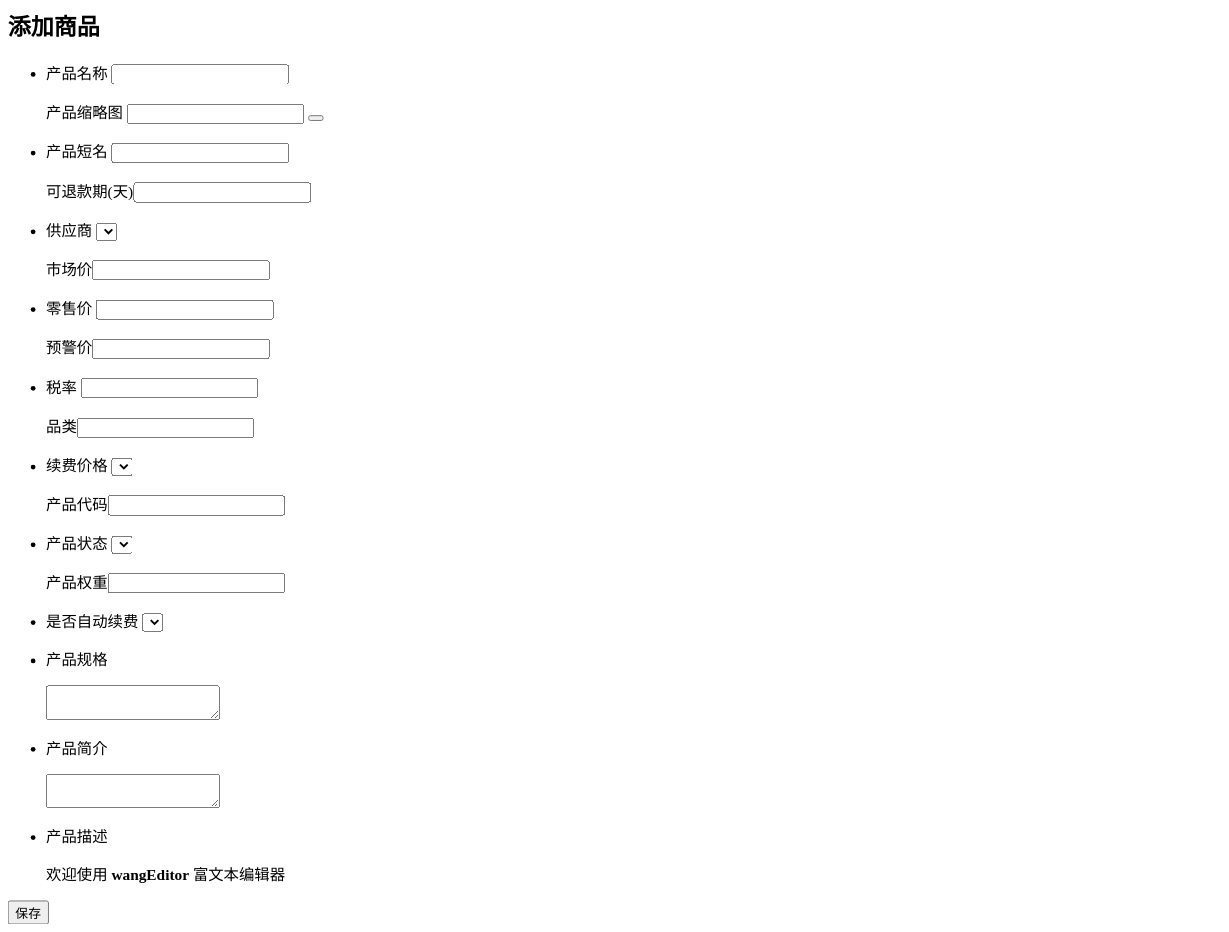
Repository: wangyan466393/racentSystem
Page: addProduct.html
These files come from the project's save history. The page is drawn as it stood at one moment and after the next save; the edit follows.
The browser window is 1280 px wide. The pictures show the whole page, at 96% of full size.

Above is the page before, as saved 2020-08-19 11:43:03.

### addProduct.html
<div id="content_box">
    <h2>添加商品</h2>
    <div class="config_box">
        <div class="price_content">
            <ul>
                <li>
                    <p>
                        <span>产品名称</span>
                        <input type="text" class="config_inp">
                    </p>
                    <p class="thumb_box">
                        <span>产品缩略图</span>
                        <label class="input_group">
                            <input type="text" class="form-control">
                            <span class="input-group-btn">
                                <button type="button" class="btn"></button>
                            </span>
                        </label>

                    </p>
                </li>
                <li>
                    <p>
                        <span>产品短名</span>
                        <input type="text" class="config_inp">
                    </p>
                    <p>
                        <span>可退款期(天)</span><input type="number" class="config_inp">
                    </p>
                </li>
                <li>
                    <p>
                        <span>供应商</span>
                        <select name="" id="" class="config_inp">
                            <option value=""></option>
                        </select>
                    </p>
                    <p>
                        <span>市场价</span><input type="number" class="config_inp">
                    </p>
                </li>
                <li>
                    <p>
                        <span>零售价</span>
                        <input type="number" class="config_inp">
                    </p>
                    <p>
                        <span>预警价</span><input type="number" class="config_inp">
                    </p>
                </li>
                <li>
                    <p>
                        <span>税率</span>
                        <input type="number" class="config_inp">
                    </p>
                    <p>
                        <span>品类</span><input type="text" class="config_inp">
                    </p>
                </li>
                <li>
                    <p>
                        <span>续费价格</span>
                        <select name="" id="" class="sel">
                            <option value=""></option>
                        </select>
                    </p>
                    <p>
                        <span>产品代码</span><input type="text" class="config_inp">
                    </p>
                </li>
                <li>
                    <p>
                        <span>产品状态</span>
                        <select name="" id="" class="sel">
                            <option value=""></option>
                        </select>
                    </p>
                    <p>
                        <span>产品权重</span><input type="text" class="config_inp">
                    </p>
                </li>
                <li>
                    <p>
                        <span>是否自动续费</span>
                        <select name="" id="" class="sel">
                            <option value=""></option>
                        </select>
                    </p>
                </li>

                <li>
                    <p> <span>产品规格</span></p>
                    <textarea class="e_content description"></textarea>
                </li>
                <li>
                    <p> <span>产品简介</span></p>
                    <textarea class="e_content description"></textarea>

                </li>
                <li>
                    <p> <span>产品描述</span></p>
                    <div id="editor" style="width: 100%;">
                        <p>欢迎使用 <b>wangEditor</b> 富文本编辑器</p>
                    </div>

                </li>
            </ul>
        </div>
    </div>
</div>
<div class="email_back_btn">
    <button type="button">保存</button>
</div>

After the next save:
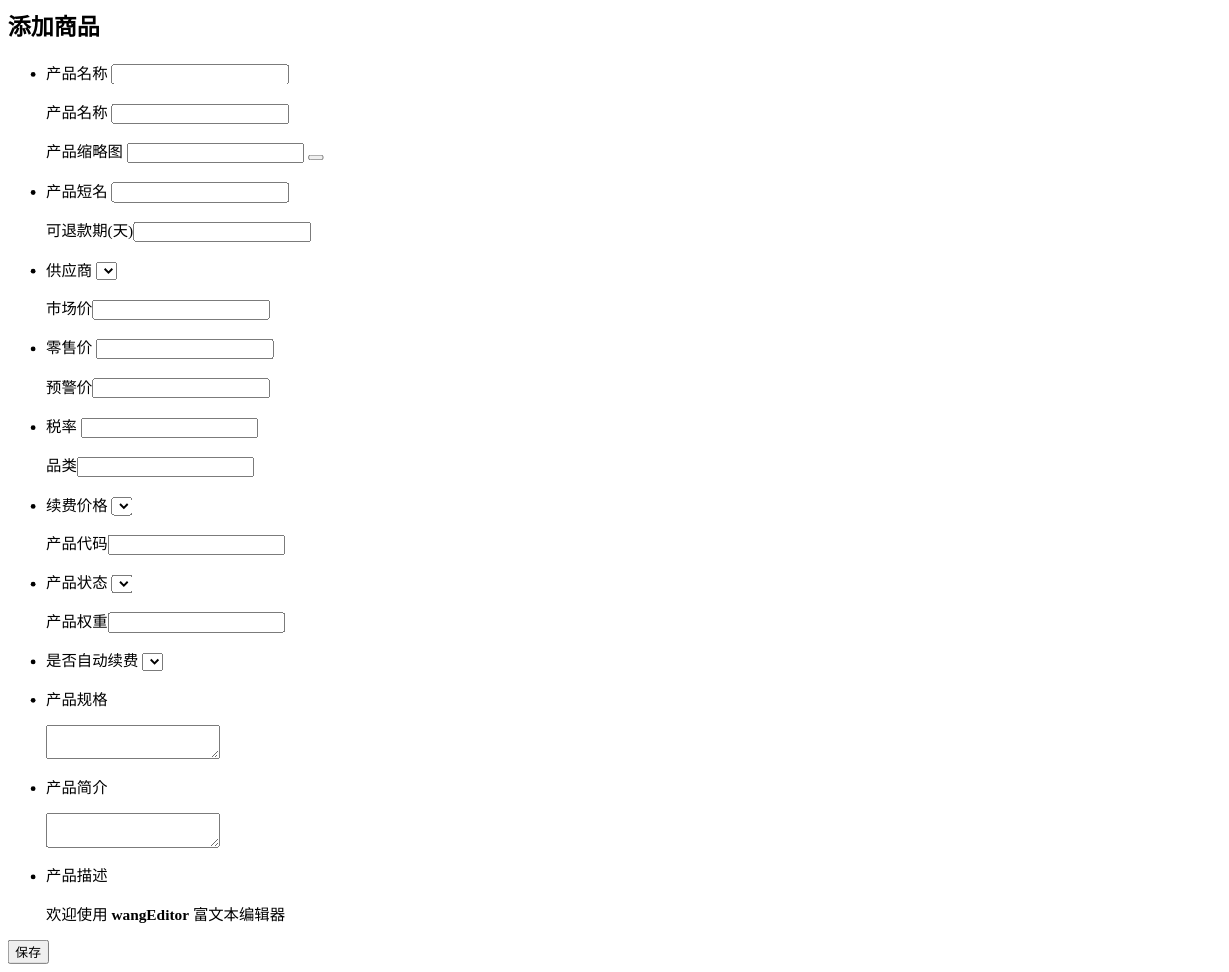
Saved 55 s later.
--- a/addProduct.html
+++ b/addProduct.html
@@ -4,6 +4,10 @@
         <div class="price_content">
             <ul>
                 <li>
+                    <p>
+                        <span>产品名称</span>
+                        <input type="text" class="config_inp">
+                    </p>
                     <p>
                         <span>产品名称</span>
                         <input type="text" class="config_inp">
@@ -16,7 +20,6 @@
                                 <button type="button" class="btn"></button>
                             </span>
                         </label>
-
                     </p>
                 </li>
                 <li>
